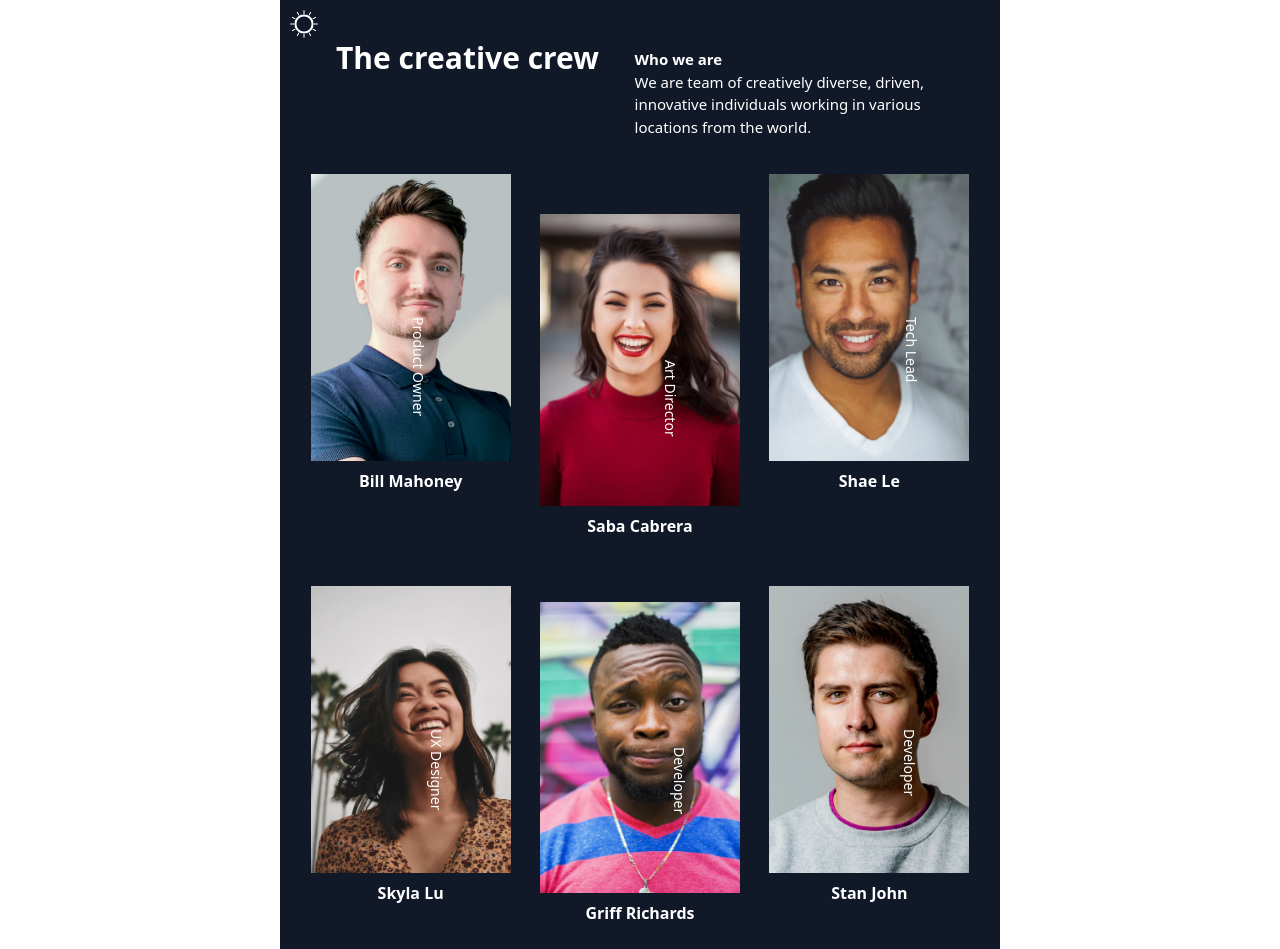
Repository: Alzate1075/Funval-G3-N2
Page: /
An editor plug-in stored every save of this project. The page is shown before and after the next save, followed by the edit.
The browser window is 1280 px wide. The pictures show the whole page.
The project was rebuilt for these pictures with package versions that can differ from the ones it lists, and the page was loaded fresh each time. Also part of the build but not shown: vite.config.js.

Above is the page before, as saved 2025-07-02 23:40:09.

After the next save:
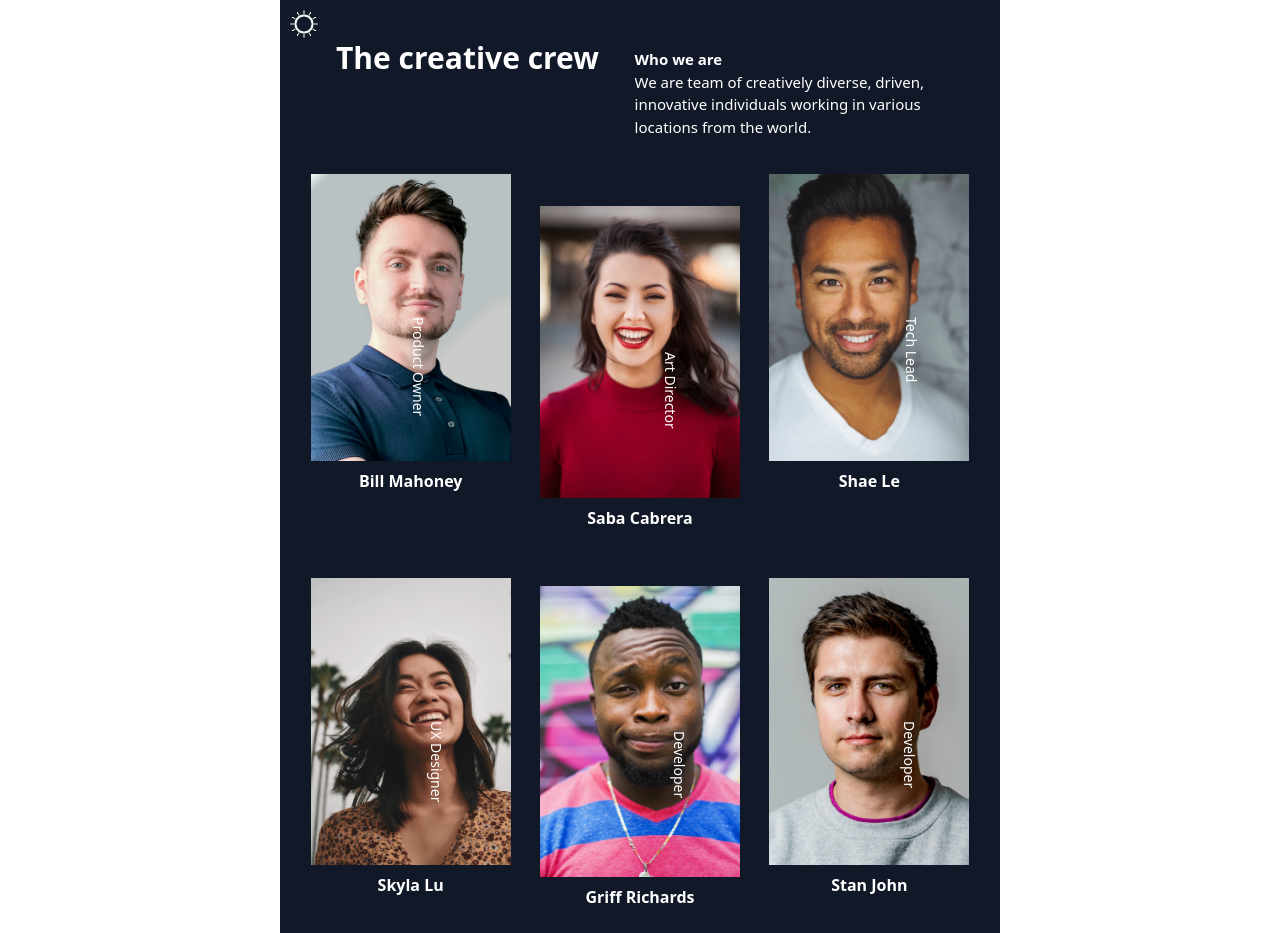
Saved 10 s later.
--- a/src/App.jsx
+++ b/src/App.jsx
@@ -29,7 +29,7 @@ function App() {
             role={persona.role}
             image={persona.image}
             extraClass={`${index % 2 === 1 ? "mt-6" : ""} ${
-              index % 3 === 1 ? "md:mt-10" : ""
+              index % 3 === 1 ? "md:mt-8" : ""
             }`}
           />
         ))}
